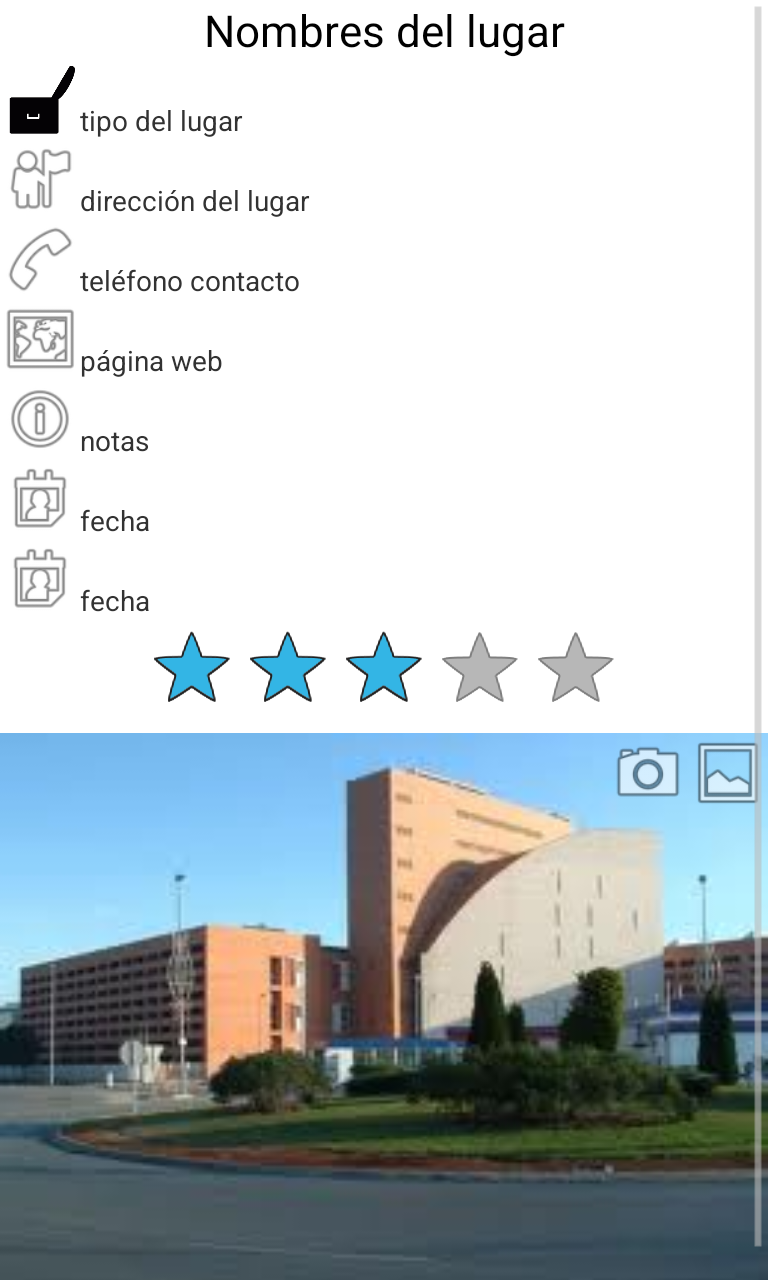
Repository: sayantjm/CursoAndroid
Layout: MisLugares/res/layout/vista_lugar.xml
The author's editor kept a copy of each file at every save. The layout is drawn from the files as they stood at one save, then again after the next save.
It is drawn on a 768 x 1280 px phone screen (xhdpi) without system bars, with theme AppTheme; the app's code is not run.

Above is the layout before, as saved 2014-03-25 20:16:50.

After the next save:
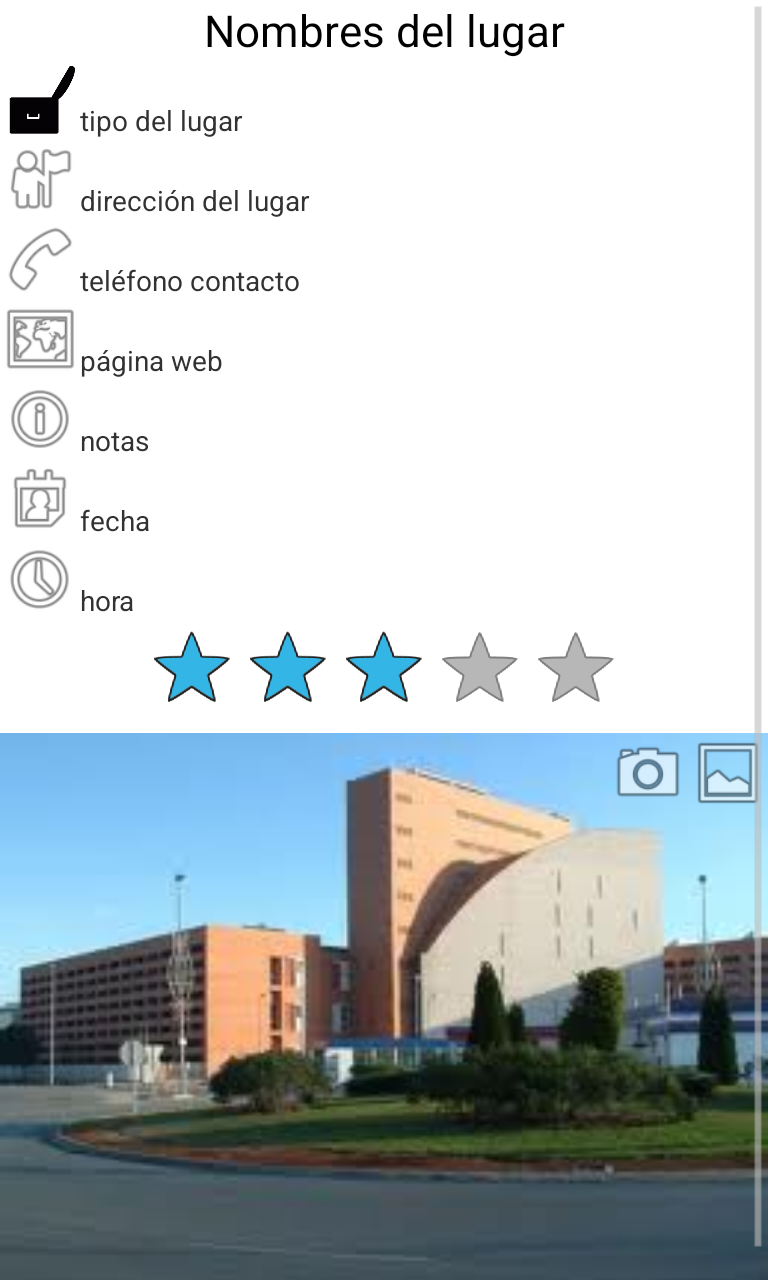
Saved 25 s later.
--- a/MisLugares/res/layout/vista_lugar.xml
+++ b/MisLugares/res/layout/vista_lugar.xml
@@ -144,18 +144,18 @@
             android:orientation="horizontal" >
 
             <ImageView
-                android:id="@+id/logo_calendario"
-                android:layout_width="40dp"
-                android:layout_height="40dp"
-                android:contentDescription="logo del calendario"
-                android:src="@android:drawable/ic_menu_my_calendar" />
-
-            <TextView
-                android:id="@+id/fecha"
-                android:layout_width="match_parent"
-                android:layout_height="wrap_content"
-                android:layout_gravity="bottom"
-                android:text="fecha" />
+                android:id="@+id/logo_hora"
+                android:layout_width="40dp"
+                android:layout_height="40dp"
+                android:contentDescription="logo de la hora"
+                android:src="@android:drawable/ic_menu_recent_history" />
+
+            <TextView
+                android:id="@+id/hora"
+                android:layout_width="match_parent"
+                android:layout_height="wrap_content"
+                android:layout_gravity="bottom"
+                android:text="hora" />
         </LinearLayout>
 
         <RatingBar
